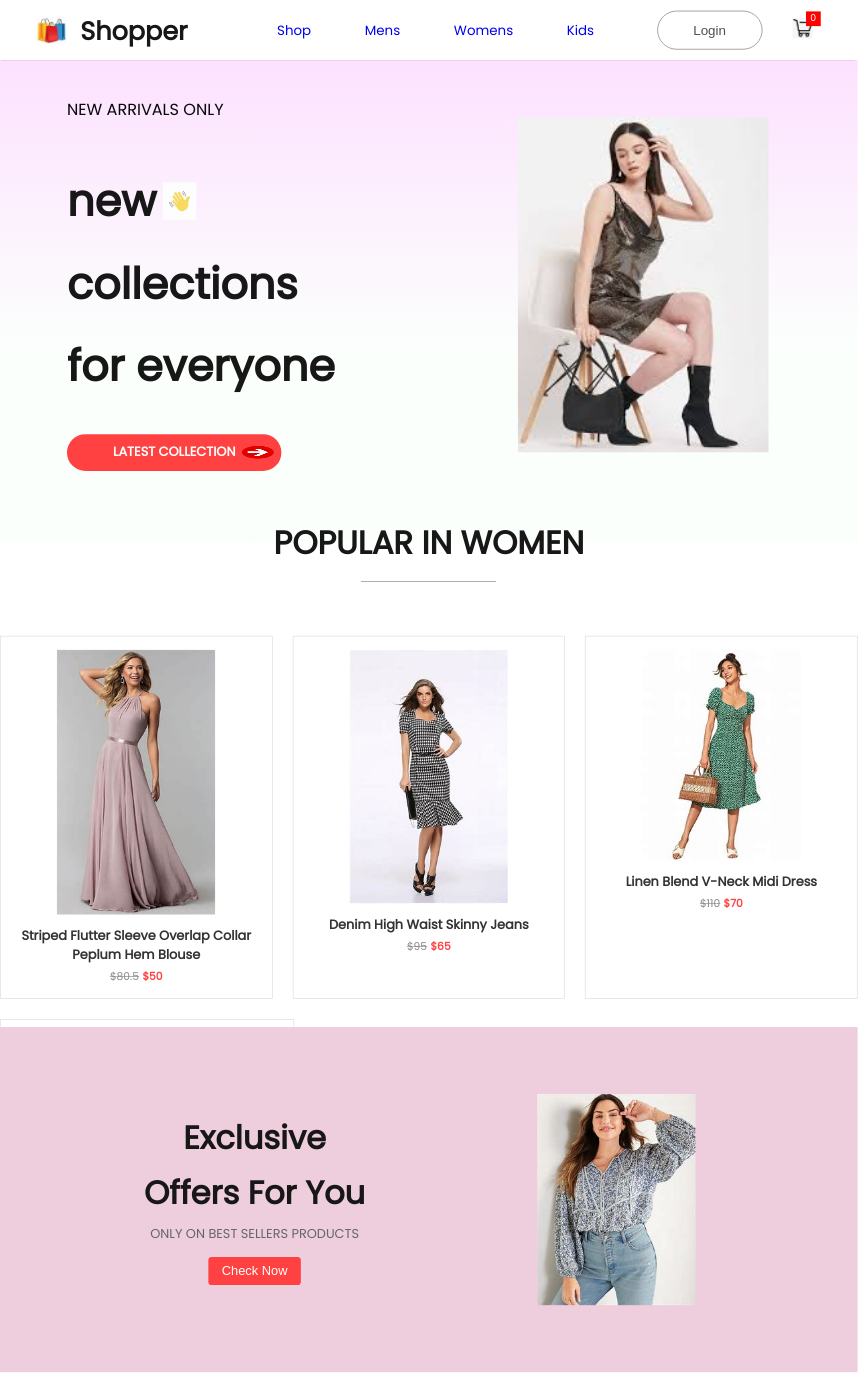
Repository: sshaiv/Shoppie_EcommerceAPP
Page: /
An editor plug-in stored every save of this project. The page is shown before and after the next save, followed by the edit.
The browser window is 1280 px wide. The pictures show the whole page, at 67% of full size.
The project was rebuilt for these pictures with package versions that can differ from the ones it lists, and the page was loaded fresh each time. Also part of the build but not shown: src/App.css, src/Components/Pages/ShopCategory.jsx, src/Components/Pages/Product.jsx, src/Components/Pages/Cart.jsx, src/Components/Pages/LoginSignup.jsx.

Above is the page before, as saved 2024-07-16 18:43:56.

### public/index.html
<!DOCTYPE html>
<html lang="en">
  <head>
    <meta charset="utf-8" />
    <link rel="icon" href="%PUBLIC_URL%/favicon.ico" />
    <meta name="viewport" content="width=device-width, initial-scale=1" />
    <meta name="theme-color" content="#000000" />
    <meta
      name="description"
      content="Web site created using create-react-app"
    />
    <link rel="apple-touch-icon" href="%PUBLIC_URL%/logo192.png" />
    <!--
      manifest.json provides metadata used when your web app is installed on a
      user's mobile device or desktop. See https://developers.google.com/web/fundamentals/web-app-manifest/
    -->
    <link rel="manifest" href="%PUBLIC_URL%/manifest.json" />
    <!--
      Notice the use of %PUBLIC_URL% in the tags above.
      It will be replaced with the URL of the `public` folder during the build.
      Only files inside the `public` folder can be referenced from the HTML.

      Unlike "/favicon.ico" or "favicon.ico", "%PUBLIC_URL%/favicon.ico" will
      work correctly both with client-side routing and a non-root public URL.
      Learn how to configure a non-root public URL by running `npm run build`.
    -->
    <link rel="preconnect" href="https://fonts.googleapis.com">
    <link rel="preconnect" href="https://fonts.gstatic.com" crossorigin>
    <link href="https://fonts.googleapis.com/css2?family=Poppins&display=swap" rel="stylesheet">
    <title>E-Commerce</title>
  </head>
  <body>
    <noscript>You need to enable JavaScript to run this app.</noscript>
    <div id="root"></div>
    <!--
      This HTML file is a template.
      If you open it directly in the browser, you will see an empty page.

      You can add webfonts, meta tags, or analytics to this file.
      The build step will place the bundled scripts into the <body> tag.

      To begin the development, run `npm start` or `yarn start`.
      To create a production bundle, use `npm run build` or `yarn build`.
    -->
  </body>
</html>

### src/index.css
*{
  margin: 0;
}

body {
  margin: 0;
  font-family: -apple-system, BlinkMacSystemFont, 'Segoe UI', 'Roboto', 'Oxygen',
    'Ubuntu', 'Cantarell', 'Fira Sans', 'Droid Sans', 'Helvetica Neue',
    sans-serif;
  -webkit-font-smoothing: antialiased;
  -moz-osx-font-smoothing: grayscale;

 font-family:'Poppins';

}

code {
  font-family: source-code-pro, Menlo, Monaco, Consolas, 'Courier New',
    monospace;
}

### src/App.js
import React from 'react';
import './App.css';
import Navbar from './Components/Navbar/Navbar';
import { BrowserRouter, Routes, Route } from 'react-router-dom';
import ShopCategory from './Components/Pages/ShopCategory';
import Product from './Components/Pages/Product';
import Cart from './Components/Pages/Cart';
import LoginSignup from './Components/Pages/LoginSignup';
import Shop from './Components/Pages/Shop';

const App = () => {
  return (
    <div>
      <BrowserRouter>
        <Navbar />
        <Routes>
          <Route path='/' element={<Shop />} />
          <Route path='/mens' element={<ShopCategory category='mens' />} />
          <Route path='/womens' element={<ShopCategory category='women' />} />
          <Route path='/kids' element={<ShopCategory category='kids' />} />
          <Route path='/product' element={<Product />} />
          <Route path='/product/:productID' element={<Product />} />
          <Route path='/cart' element={<Cart />} />
          <Route path='/login' element={<LoginSignup />} />
        </Routes>
      </BrowserRouter>
    </div>
  );
}

export default App;

### src/Components/Navbar/Navbar.jsx
import React, { useState } from 'react'
import './Navbar.css'
import logo from '../Assets/logo.png'
import cart_icon from '../Assets/cart_icon.png'
import { Link } from 'react-router-dom'

const Navbar = () => {
const [menu,setMenu]=useState("shop");

  return (
    <div>
      <div className='navbar'>
        <div className='nav-logo'>
          <img src={logo} alt="Logo" />
          <p>Shopper</p>
        </div>
        <ul className='nav-menu'>
            <li onClick={()=>{setMenu("shop")}}><Link style={{textDecoration:'none'}} to='/'>Shop </Link>{menu==="shop"? <hr/> :<></>}   </li>
            <li onClick={()=>{setMenu("mens")}}><Link style={{textDecoration:'none'}}  to='/mens'>Mens</Link> {menu==="shop"? <hr/> :<></>} </li>
            <li onClick={()=>{setMenu("womens")}}><Link style={{textDecoration:'none'}}  to='/womens'>Womens </Link> {menu==="shop"? <hr/> :<></>} </li>
            <li onClick={()=>{setMenu("kids")}}><Link style={{textDecoration:'none'}}  to='/kids'>Kids</Link> {menu==="shop"? <hr/> :<></>} </li>
        </ul>

        <div className="nav-login-cart">
          <Link to='/login'>  <button>Login</button></Link>
       <Link to='/cart'>   <img src={cart_icon} alt="" /></Link>
      <div className="nav-cart-count">0</div>
        </div>
      </div>
    </div>
  )
}

export default Navbar

### src/Components/Pages/Shop.jsx
import React from 'react';
import Hero from '../Hero/Hero';
import Popular from '../Popular/Popular';
import Offers from '../Offers/Offers';


const Shop = () => {
  return (
    <div>
      <Hero/>
      <Popular/>
      <Offers/>
    </div>
  );
}

export default Shop;

### src/Components/Navbar/Navbar.css
.navbar{
    display: flex;
    justify-content: space-around;
    padding: 16px;
    box-shadow:0 1px 3px -2px black ;

}
.nav-logo{
    display:flex;
    align-items: center;
    gap: 10px;
}

.nav-logo p{
    color: #171717;
    font-size: 38px;
    font-weight: 600;
}
.nav-menu{
    display:flex;
    align-items:center;
    list-style: none;
    gap: 50px;
    color:#626262;
    font-size: 20px;
    font-weight: 500;

}


  .nav-logo img {
    height: 40px;
    margin-right: 10px;
  }



  .nav-menu li {
    margin: 0 15px;
    position: relative;
    cursor: pointer;
  }

  .nav-menu li:hover hr {
    display: block;
  }

  .nav-menu hr {
    display: none;
    width: 80%;
    height: 3px;
    border-radius: 10px;
    background-color:red;

  }

  .nav-login-cart {
    display: flex;
    align-items: center;
    gap: 45px;
  }

  .nav-login-cart button {
    width: 157px;
    height: 58px;
    outline: none;
    border: 1px solid #7a7a7a;
    border-radius: 75px;
    color:#515151;
    font-size: 20px;
    font-weight: 500;
    background: white;
    cursor: pointer;
  }

  .nav-login-cart button:active{
    background:#f3f3f3;
  }
  .nav-login-cart img {
    height: 30px;
    cursor: pointer;
  }
  .nav-cart-count{
    width: 22px;
    height: 22px;
    display: flex;
    justify-content: center;
    align-items:center;
    margin-top: -35px;
    margin-left: -55px;
    border: radius 11px;
    font-size: 14px;
    background-color:red;
    color:white;
  }

  @media (max-width: 768px) {
    .navbar {
      flex-direction: column;
      align-items: center;
    }

    .nav-logo p {
      font-size: 20px;
    }

    .nav-menu {
      flex-direction: column;
      align-items: center;
      gap: 10px;
    }

    .nav-menu li {
      margin: 10px 0;
    }

    .nav-login-cart {
      flex-direction: column;
      align-items: center;
      gap: 10px;
    }
  }

### src/Components/Hero/Hero.jsx
import React from "react";
import "./Hero.css";
import hand_icon from "../Assets/hand_icon.png";
import arrow_icon from "../Assets/arrow_icon.png";
import hero_imae from '../Assets/hero_imae.png';

const Hero = () => {
  return (
    <div className="hero">
      <div className="hero-left">
        <h2>NEW ARRIVALS ONLY</h2>
        <div className="hero-hand-icon">
          <p>new</p>
          <img src={hand_icon} alt="hand icon" />
        </div>
        <p>collections</p>
        <p>for everyone</p>
        <div className="hero-latest-btn">
          <div>Latest Collection</div>
          <img src={arrow_icon} alt="arrow icon" />
        </div>
      </div>
      <div className="hero-right">
        <img src={hero_imae} alt="hero" />
      </div>
    </div>
  );
};

export default Hero;

### src/Components/Popular/Popular.jsx
import React from 'react';
import './Popular.css';
import data_product from '../Assets/data';
// import Item from '../Item/Item';

const Popular = () => {
  return (
    <div className='popular'>
      <h1>POPULAR IN WOMEN</h1>
      <hr />
      <div className="popular-item">
        {data_product.map((item, i) => (
          <div className="item" key={i}>
            <img src={item.image} alt={item.name} />
            <div className="name">{item.name}</div>
            <div className="price">
              <span className="old-price">${item.old_price}</span>
              <span className="new-price">${item.new_price}</span>
            </div>
          </div>
        ))}
      </div>
    </div>
  );
}

export default Popular;

### src/Components/Offers/Offers.jsx
import React from 'react'
import './Offers.css'
import exclusive_image from '../Assets/exclusive_image.png'

const Offers = () => {
  return (
    <div className='offers'>
      <div className="offers-left">
        <h1>Exclusive</h1>
        <h1>Offers For You</h1>
        <p>ONLY ON BEST SELLERS PRODUCTS </p>
        <button>Check Now</button>
      </div>
      <div className="offers-right">
        <img src={exclusive_image} alt="" />
      </div>
    </div>
  )
}

export default Offers

### src/Components/Hero/Hero.css
.hero {
    height: 100vh;
    background: linear-gradient(180deg, #fde1ff, #e1ffea22 60%);
    display: flex;
    justify-content: space-between;
    align-items: center;
    padding: 0 50px;
    box-sizing: border-box;
  }

  .hero-left {
    flex: 1;
    display: flex;
    flex-direction: column;
    justify-content: center;
    gap: 20px;
    padding-left: 50px;
    line-height: 1.3;
  }

  .hero-left h2 {
    color: #090909;
    font-size: 1.5rem;
    font-weight: 500;
    position: relative;
    bottom: 50px;
  }

  .hero-left p {
    color: #171717;
    font-size: 4rem;
    font-weight: 700;
    margin: 10px 0;
  }

  .hero-hand-icon {
    display: flex;
    align-items: center;
    gap: 10px;
    font-size: 1.5rem;
    font-weight: 500;
    color: #ff4141;
  }

  .hero-hand-icon img {
    width: 50px;
  }
  .hero-latest-btn {
    width: 260px;
    display: flex;
    justify-content: center;
    align-items: center;
    gap: 10px;
    padding: 15px 30px;
    border-radius: 50px;
    margin-top: 30px;
    background: #ff4141;
    color: white;
    font-size: 1.2rem;
    font-weight: 600;
    text-transform: uppercase;
    transition: background 0.3s ease, transform 0.3s ease;
    cursor: pointer;
    position: relative;
    /* Add position relative to the parent */
  }

  .hero-latest-btn img {
    height: 20px;
    width: 50px;
    position: absolute; /* Position the image absolutely */
    right: 10px; /* Adjust right position as needed */
  }

  .hero-latest-btn:hover {
    background: #e63939;
    transform: scale(1.05);
  }


  .hero-right {
    flex: 1;
    display: flex;
    justify-content: center;
    align-items: center;
    padding-right: 50px;
  }

  .hero-right img {
    max-width: 100%;
    height: 500px;
   position: relative;
   left: 50px;
   bottom: 25px;

  }

### src/Components/Popular/Popular.css
.popular {
    height: 90vh;
    display: flex;
    flex-direction: column;
    align-items: center;
    gap: 10px;
    position: relative;
    bottom: 35px;
  }

  .popular h1 {
    font-size: 3rem; /* Adjusted font size */
    font-weight: 600;
    color: #171717;
    margin-bottom: 10px; /* Added margin for spacing */
  }

  .popular hr {
    width: 200px;
    height: 6px;
    border-radius: 10px;
    background: #252525;
    margin-bottom: 20px; /* Added margin for spacing */
  }

  .popular-item {
    margin-top: 50px;
    display: flex;
    flex-wrap: wrap; /* Allow items to wrap onto new lines */
    justify-content: space-between; /* Distribute items with space between */
    gap: 30px; /* Increased gap between items */
  }

  .popular-item .item {
    border: 1px solid #ddd; /* Example border style for items */
    padding: 20px; /* Example padding for items */
    flex: 1 1 300px; /* Flex basis to control item width */
    max-width: calc(33.33% - 30px); /* Adjust for three items per row */
    text-align: center;
  }

  .popular-item .item img {
    max-width: 100%;
    height: auto;
    margin-bottom: 10px; /* Space below image */
  }

  .popular-item .item .name {
    font-size: 1.2rem; /* Adjusted font size for item name */
    font-weight: bold;
    color: #333;
    margin-bottom: 5px; /* Space below name */
  }

  .popular-item .item .price {
    font-size: 1rem; /* Adjusted font size for prices */
    color: #888;
  }

  .popular-item .item .old-price {
    text-decoration: line-through; /* Strikethrough for old price */
    margin-right: 5px; /* Space between old and new price */
  }

  .popular-item .item .new-price {
    font-weight: bold;
    color: #ff4141;
  }

  @media (max-width: 768px) {
    .popular h1 {
      font-size: 2rem; /* Adjusted font size for smaller screens */
    }

    .popular-item .item {
      max-width: calc(50% - 20px); /* Adjust for two items per row */
    }
  }

### src/Components/Assets/data.js
import p1_img from './product1.png'
import p2_img from './product2.png'
import p3_img from './product3.png'
import p4_img from './product4.png'


let data_product = [
    {
      id: 1,
      name: "Striped Flutter Sleeve Overlap Collar Peplum Hem Blouse",
      image: p1_img,
      new_price: 50.00,
      old_price: 80.50,
    },
    {
      id: 2,
      name: "Denim High Waist Skinny Jeans",
      image: p2_img,
      new_price: 65.00,
      old_price: 95.00,
    },
    {
      id: 3,
      name: "Linen Blend V-Neck Midi Dress",
      image: p3_img,
      new_price: 70.00,
      old_price: 110.00,
    },
    {
      id: 4,
      name: "Leather Crossbody Bag with Tassel Detail",
      image: p4_img,
      new_price: 45.00,
      old_price: 75.00,
    },
  ];


export default data_product;

### src/Components/Offers/Offers.css
.offers {
    display: flex;
    justify-content: space-around;
    align-items: center;
    margin: 50px 0;
    position: relative;
    top: 25px;
    background-color: rgb(238, 205, 221);
    padding: 100px;
  }

  .offers-left {
    flex: 1;
    padding: 0 20px;
    text-align: center;
  }

  .offers-left h1 {
    font-size: 3rem;
    font-weight: bold;
    color: #171717;
    margin-bottom: 10px;
  }

  .offers-left p {
    color: #666;
    font-size: 1.2rem;
    margin-bottom: 20px;
  }

  .offers-left button {
    padding: 10px 20px;
    background-color: #ff4141;
    color: white;
    border: none;
    border-radius: 5px;
    font-size: 1.2rem;
    cursor: pointer;
    transition: background-color 0.3s ease;
  }

  .offers-left button:hover {
    background-color: #e63939;
  }

  .offers-right {
    flex: 1;
    display: flex;
    justify-content: center;
  }

  .offers-right img {
    max-width: 100%;
    height: auto;
  }

Loaded but not shown: src/index.js (common file); src/reportWebVitals.js (common file)

After the next save:
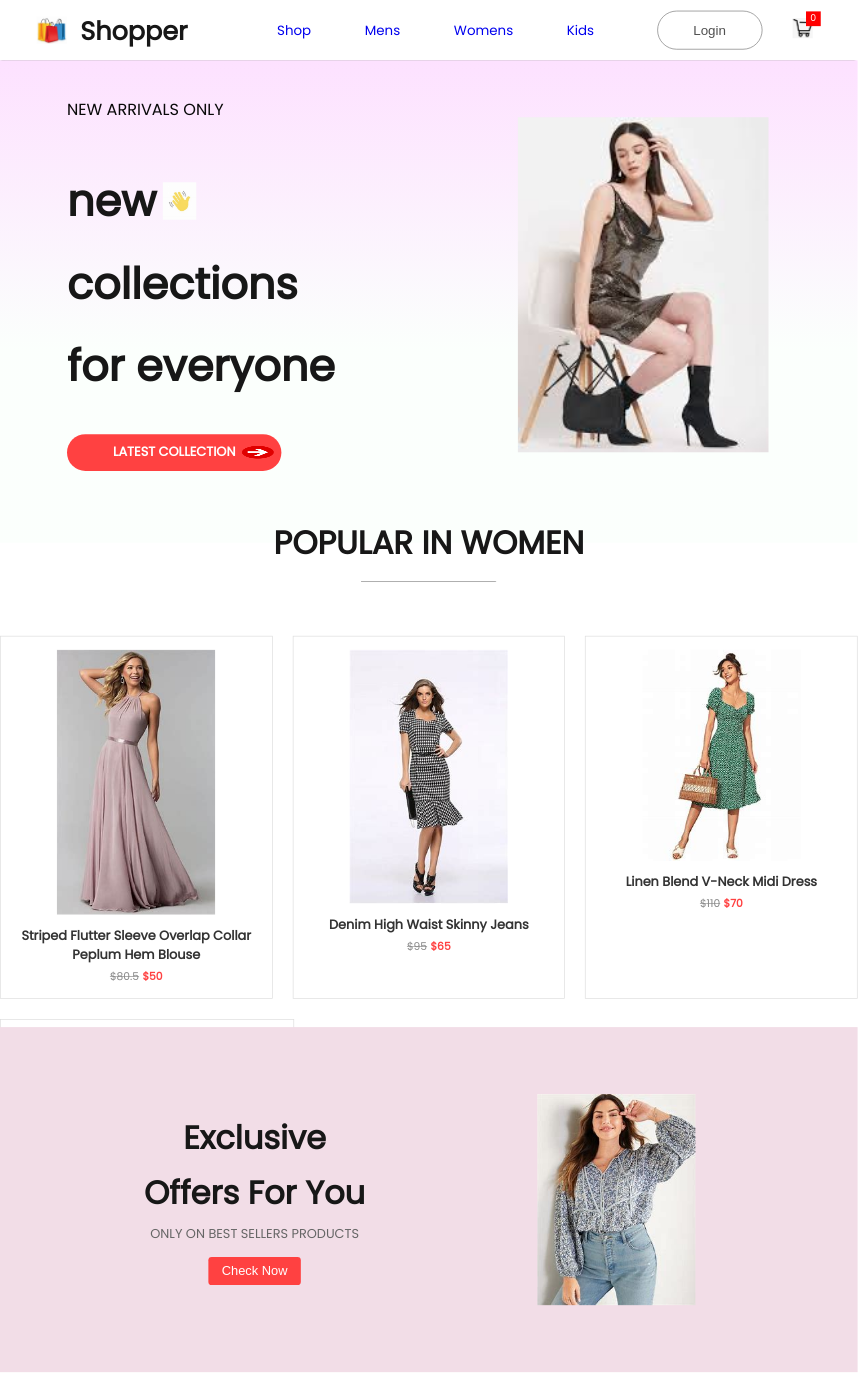
Saved 20 s later.
--- a/src/Components/Offers/Offers.css
+++ b/src/Components/Offers/Offers.css
@@ -5,7 +5,7 @@
     margin: 50px 0;
     position: relative;
     top: 25px;
-    background-color: rgb(238, 205, 221);
+    background-color: rgb(242, 221, 231);
     padding: 100px;
   }
 
